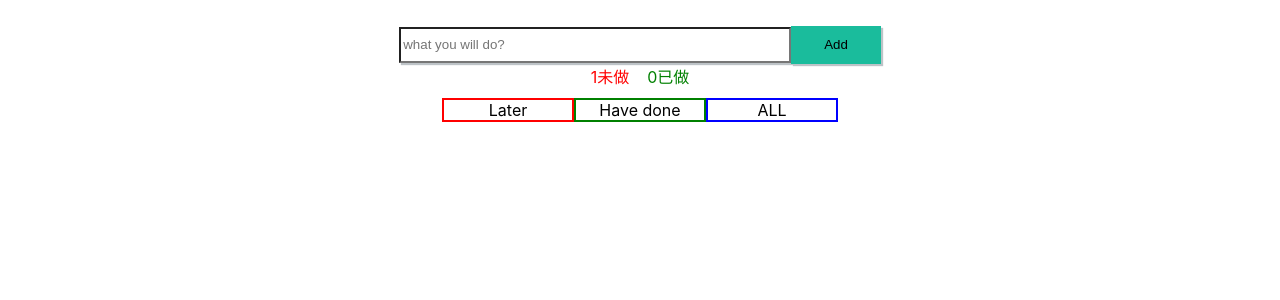
Repository: yurensmile/todolist
Page: /, after clicking the first element matching `button`
The author's editor kept a copy of each file at every save. The page is drawn from the files as they stood at one save, then again after the next save.
The browser window is 1280 px wide. The pictures show the whole page.
The project was rebuilt for these pictures with package versions that can differ from the ones it lists, and the page was loaded fresh each time. Also part of the build but not shown: src/All.js, src/HaveDone.js.

Above is the page before, as saved 2019-03-20 17:15:20.

### src/App.js
import React, { Component } from 'react';
import Todos from './Todos'
import './App.css';

class App extends Component {

  constructor() {
    super();
    this.state={
      inputValue: '',
      laters: [],
      havedones: [],
      checked: false,
      id: 1
    };
    this.updateHavedone = this.updateHavedone.bind(this);
    this.updateLaters = this.updateLaters.bind(this);
  }

  handleOnClick() {
    this.setState(state =>{
      const laters = state.laters.concat(state.inputValue);

      return {
        laters,
        inputValue: ""
      }
    })
    console.log(this.state.all);
  }
  updateInputValue(e) {
    this.setState({
      inputValue: e.target.value
    })
  }

// 点击了三栏内容
  contentOnclick(e) {
    let choice = e.target.innerHTML;
    this.setState((preState)=>{
      switch(choice){
        case "Later": return {id: 1};
        case "Have done": return {id: 2};
        case "ALL": return {id: 3};
        default: return {id:1};
      }
    })
  }

 // 如果todo中的某个被点击，则在todo中删除，并添加到havedone中
  updateHavedone(index, item){
    this.setState(state => {
      let n = state.laters.indexOf(item);
      let tem = state.laters.slice();
      tem.splice(n, 1);
      let havedones = state.havedones.concat(item);
      return ({
        havedones,
        laters: tem
      })
    })
  }

// 如果havedone中的某个被点击，则在havedone中删除，并添加到later中
  updateLaters(index, item){
    console.log("this is updatelaters");
    this.setState(state => {
      let n = state.havedones.indexOf(item);
      let tem = state.havedones.slice();
      tem.splice(n, 1);
      let laters = state.laters.concat(item);
      return({
        laters,
        havedones: tem
      })
    })
  }

  render() {
    return (
      <div className="App">
        <input type="text" placeholder="what you will do?" name="todo" value={this.state.inputValue} onChange={this.updateInputValue.bind(this)}/>
        <button onClick={this.handleOnClick.bind(this)}>Add</button><br/>
        <span style={{color: "red"}}>{this.state.laters.length}未做&nbsp;&nbsp;&nbsp;&nbsp;</span>
        <span style={{color: "green"}}>{this.state.havedones.length}已做</span>
        <div id="content" onClick={this.contentOnclick.bind(this)}>
          <div className="choice later">Later</div>
          <div className="choice havedone" >Have done</div>
          <div className="choice all">ALL</div>
        </div>
        {/* 列表内容 */}
        <Todos
          id={this.state.id}
          laters={this.state.laters}
          havedones={this.state.havedones}
          all={this.state.all}
          updateHavedones={this.updateHavedone}
          updateLaters={this.updateLaters}
        />
      </div>
    );
  }
}

export default App;

### src/Todos.js
import React, { Component } from 'react';
import All from './All'
import HaveDone from './HaveDone'
import Later from './Later'

class Todos extends Component{

  render(){
    return(
      <div>
        {
          (()=>{
            switch(this.props.id){
              case 1: return <Later laters={this.props.laters}
                                  updateHavedones={this.props.updateHavedones}
                                  />;
              case 2: return <HaveDone havedones={this.props.havedones}
                                  updateLaters={this.props.updateLaters}
                                  />;
              case 3: return <All laters={this.props.laters} havedones={this.props.havedones}/>
              default: console.log("sofunny");
            }

          })()}
      </div>
    )
  }
}
export default Todos;

### src/App.css
.App {
  margin-top: 2%;
  text-align: center;
}

input[type="checkbox"]{
  visibility: hidden;
}

ul{
  list-style-type: none;
}
li{
  display: inline-block;
  width: 100px;
  height: 40px;
  line-height: 30px;
  height: 30px;
  margin-bottom: 4px;
}
.choice{
  margin-top: 10px;
  display: inline-block;
  width: 10%;
  text-align: center;
  border:2px solid rgb(197, 193, 193);
}
.later{
  border-color: red;
}
.havedone{
  border-color: green;
}
.all{
  border-color: blue;
}

.toggle{
  display: inline-block;
}
.App-link {
  color: #61dafb;
}
input[type="text" ]{
  width: 30%;
  height: 30px;
  box-shadow: 2px 2px 1px rgba(189, 195, 199,1.0);
}

button{
  background-color: rgba(26, 188, 156,1.0);
  border: 0px;
  width: 7%;
  height: 38px;
  box-shadow: 2px 2px 1px rgba(189, 195, 199,1.0);
}

#content{
  margin-left: auto;
  margin-right: auto;

}

### src/Later.js
import React, { Component } from 'react';

class Later extends Component{
  constructor(props){
    super(props);
    this.state = {
      checked: false,
    };
  }

  // 点击了todo 列表的内容
  handleTodoOnclick(checked, index, item, e){
    // if e.target is not text
        // let box = e.target.previousSibling;
        this.setState((preState)=>{
          return {checked: !preState.checked}
        });
        if(checked){
          // thing to later
          // box.checked = false;
        }else{
          // thing to have done
          // box.checked = true;
  //如果later中的某个被点击，则在later中删除，并添加到havedone中
          this.props.updateHavedones(index, item);
        }
      }
  render(){
    return (
      <ul>
        {this.props.laters.map((item, index)=>{
          return (
            <div onClick={
              this.handleTodoOnclick.bind(this, this.state.checked, index, item)
              }>
              <input className="toggle" type="checkbox"/>
              <li style={{color: "red"}} key={index}>{item}</li>
            </div>
          )
        })}
      </ul>
    )
  }
}

export default Later;

Loaded but not shown: public/index.html (common file); src/index.js (common file); src/index.css (common file); src/serviceWorker.js (common file)

After the next save:
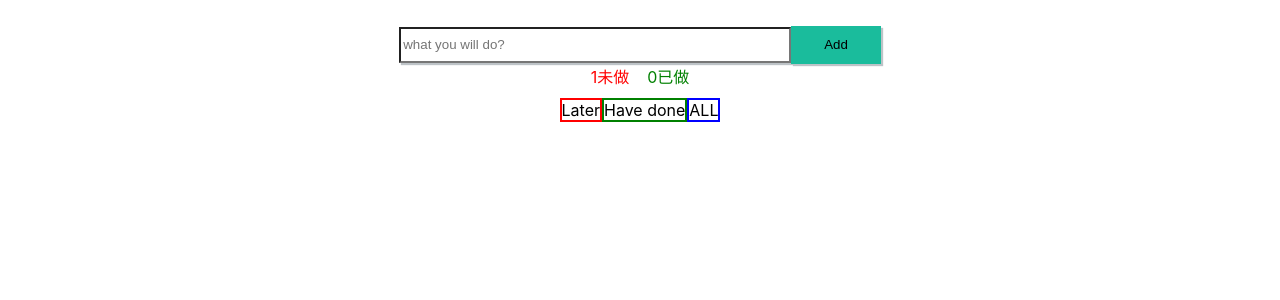
Saved 4 s later.
--- a/src/App.css
+++ b/src/App.css
@@ -21,7 +21,7 @@ li{
 .choice{
   margin-top: 10px;
   display: inline-block;
-  width: 10%;
+  width: 101;
   text-align: center;
   border:2px solid rgb(197, 193, 193);
 }
